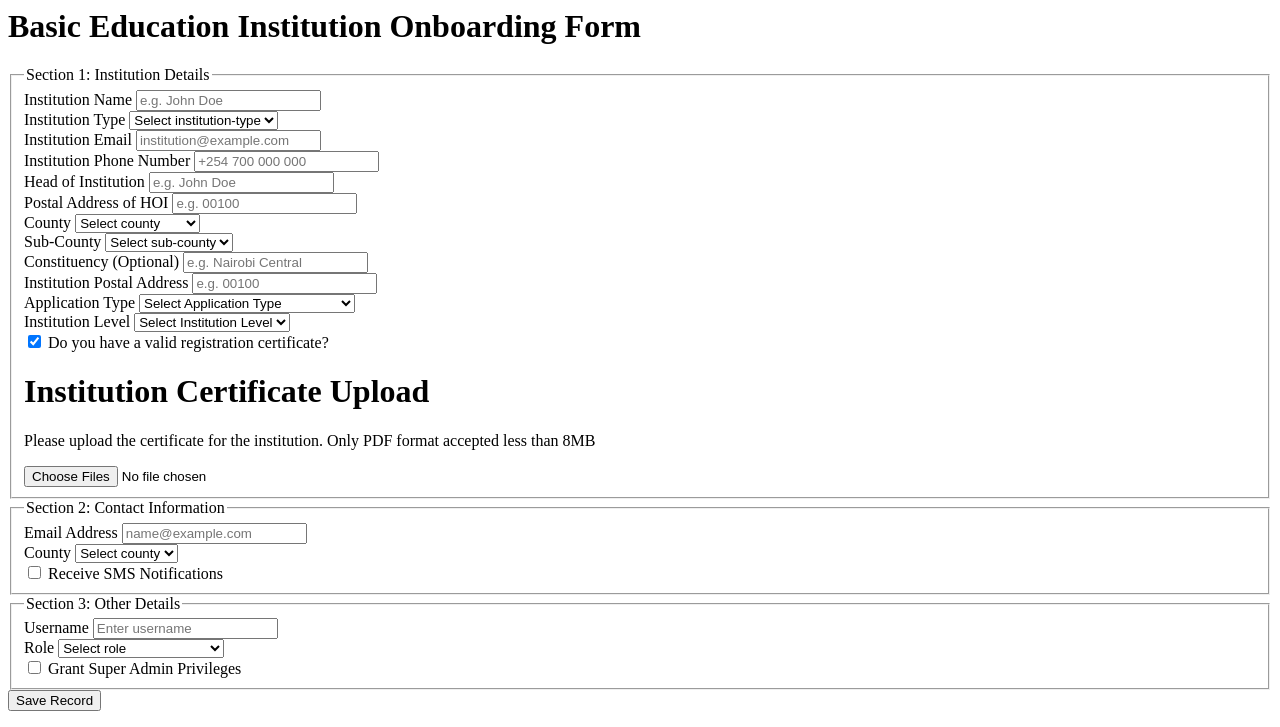
Repository: ndirituart/KEMIS
Page: angular-client/src/app/pages/basic-education/basic-education.html
These files come from the project's save history. The page is drawn as it stood at one moment and after a run of saves; the edit follows.
The browser window is 1280 px wide. The pictures show the whole page.

Above is the page before, as saved 2026-10-20 21:39:50.

### angular-client/src/app/pages/basic-education/basic-education.html
<div class="kemis-form-wrapper">
<form class="kemis-form" (ngSubmit)="onSubmit()" #myForm="ngForm">
<h1 class="text-center mb-4">Basic Education Institution Onboarding Form</h1>
  <!-- ========================================== -->
  <!-- Section 1: Institution Details                -->
  <!-- ========================================== -->
  <fieldset class="mb-4 p-3 border rounded">
    <legend class="float-none w-auto px-2 fs-5 fw-bold text-primary">Section 1: Institution Details</legend>

    <div class="row g-3">
      <!-- Institution Name -->
      <div class="col-md-6">
        <label for="fullName" class="form-label fw-semibold">Institution Name</label>
        <input type="text" class="form-control" id="fullName" name="fullName" placeholder="e.g. John Doe" required>
      </div>

      <!-- Type of School based on Gender -->
      <div class="col-md-6">
        <label for="institution-type" class="form-label fw-semibold">Institution Type</label>
        <select class="form-select" id="institution-type" name="institution-type" required>
          <option value="" disabled selected>Select institution-type</option>
          <option value="Boy's School">Boy's School</option>
          <option value="Girl's School">Girl's School</option>
          <option value="Mixed School">Mixed School</option>
        </select>
      </div>

      <!-- Institution Email -->
      <div class="col-md-6">
        <label for="emailId" class="form-label fw-semibold">Institution Email</label>
        <input type="email" class="form-control" id="emailId" name="emailId" placeholder="institution@example.com" required>
      </div>

      <!-- Institution Phone Number -->
      <div class="col-md-6">
        <label for="phoneNumber" class="form-label fw-semibold">Institution Phone Number</label>
        <input type="tel" class="form-control" id="phoneNumber" name="phoneNumber" placeholder="+254 700 000 000" required>
      </div>

      <!-- Head of Institution -->
      <div class="col-md-6">
        <label for="headOfInstitution" class="form-label fw-semibold">Head of Institution</label>
        <input type="text" class="form-control" id="headOfInstitution" name="headOfInstitution" placeholder="e.g. John Doe" required>
      </div>

      <!-- Postal Address of HOI -->
      <div class="col-md-6">
        <label for="postalAddressHoi" class="form-label fw-semibold">Postal Address of HOI</label>
        <input type="text" class="form-control" id="postalAddressHoi" name="postalAddressHoi" placeholder="e.g. 00100" required>
      </div>

      <!--County List-->
      <div class="col-md-6">
        <label for="county" class="form-label fw-semibold">County</label>
        <select class="form-select" id="county" name="county" required>
          <option value="" disabled selected>Select county</option>
      <option value="baringo">Baringo</option>
      <option value="bomet">Bomet</option>
      <option value="bungoma">Bungoma</option>
      <option value="busia">Busia</option>
      <option value="elgeyo marakwet">Elgeyo Marakwet</option>
      <option value="embu">Embu</option>
      <option value="garissa">Garissa</option>
      <option value="homa bay">Homa Bay</option>
      <option value="isiolo">Isiolo</option>
      <option value="kajiado">Kajiado</option>
      <option value="kakamega">Kakamega</option>
      <option value="kericho">Kericho</option>
      <option value="kiambu">Kiambu</option>
      <option value="kilifi">Kilifi</option>
      <option value="kirinyaga">Kirinyaga</option>
      <option value="kisii">Kisii</option>
      <option value="kisumu">Kisumu</option>
      <option value="kitui">Kitui</option>
      <option value="kwale">Kwale</option>
      <option value="laikipia">Laikipia</option>
      <option value="lamu">Lamu</option>
      <option value="machakos">Machakos</option>
      <option value="makueni">Makueni</option>
      <option value="mandera">Mandera</option>
      <option value="meru">Meru</option>
      <option value="migori">Migori</option>
      <option value="marsabit">Marsabit</option>
      <option value="mombasa">Mombasa</option>
      <option value="muranga">Muranga</option>
      <option value="nairobi">Nairobi</option>
      <option value="nakuru">Nakuru</option>
      <option value="nandi">Nandi</option>
      <option value="narok">Narok</option>
      <option value="nyamira">Nyamira</option>
      <option value="nyandarua">Nyandarua</option>
      <option value="nyeri">Nyeri</option>
      <option value="samburu">Samburu</option>
      <option value="siaya">Siaya</option>
      <option value="taita taveta">Taita Taveta</option>
      <option value="tana river">Tana River</option>
      <option value="tharaka nithi">Tharaka Nithi</option>
      <option value="trans nzoia">Trans Nzoia</option>
      <option value="turkana">Turkana</option>
      <option value="uasin gishu">Uasin Gishu</option>
      <option value="vihiga">Vihiga</option>
      <option value="wajir">Wajir</option>
      <option value="pokot">West Pokot</option>
  </select>
      </div>

      <!--TO-DO: Nestsed array for Sub-County List dependent on county chosen-->
      <div class="col-md-6">
        <label for="subCounty" class="form-label fw-semibold">Sub-County</label>
        <select class="form-select" id="subCounty" name="subCounty" required>
          <option value="" disabled selected>Select sub-county</option>
        </select>
      </div>

      <!--Constituency Name OPTIONAL-->
      <div class="col-md-6">
        <label for="constituency" class="form-label fw-semibold">Constituency (Optional)</label>
        <input type="text" class="form-control" id="constituency" name="constituency" placeholder="e.g. Nairobi Central">
      </div>

      <!--Institution Postal Address-->
      <div class="col-md-6">
        <label for="postalAddressInstitution" class="form-label fw-semibold">Institution Postal Address</label>
        <input type="text" class="form-control" id="postalAddressInstitution" name="postalAddressInstitution" placeholder="e.g. 00100" required>
      </div>

       <!-- Application Type -->
      <div class="col-md-6">
        <label for="application-type" class="form-label fw-semibold">Application Type</label>
        <select class="form-select" id="application-type" name="application-type" required>
          <option value="" disabled selected>Select Application Type</option>
          <option value="Regular School">Regular School</option>
          <option value="Regular School with Special Unit">Regular School with Special Unit</option>
          <option value="Special School">Special School</option>
        </select>
      </div>

       <!-- Institution Level -->
      <div class="col-md-6">
        <label for="institution-level" class="form-label fw-semibold">Institution Level</label>
        <select class="form-select" id="institution-level" name="institution-level" required>
          <option value="" disabled selected>Select Institution Level</option>
          <option value="Pre-Primary">Pre-Primary</option>
          <option value="Primary">Primary</option>
          <option value="Secondary">Secondary</option>
          <option value="High School">High School</option>
        </select>
      </div>

      <!-- Boolean Toggle (Switch) -->
      <div class="col-12 mt-3">
        <div class="form-check form-switch">
          <input class="form-check-input" type="checkbox" role="switch" id="isActive" name="isActive" checked>
          <label class="form-check-label fw-semibold" for="isActive">Do you have a valid registration certificate?</label>
        </div>
      </div>

      <!--Certificate Upload-->
      <div class="upload">
    <h1>Institution Certificate Upload</h1>
    <p class="upload__description">Please upload the certificate for the institution. Only PDF format accepted less than 8MB </p>
    <input class="upload__input" id="certificate_pdf" type="file" multiple />
    <div class="upload__files">
    </div>
  </div>
    </div>
  </fieldset>

  <!-- ========================================== -->
  <!-- SECTION 2: Coordinates            -->
  <!-- ========================================== -->
  <fieldset class="mb-4 p-3 border rounded">
    <legend class="float-none w-auto px-2 fs-5 fw-bold text-primary">Section 2: Contact Information</legend>

    <div class="row g-3">
      <!-- Text Input -->
      <div class="col-md-6">
        <label for="emailId" class="form-label fw-semibold">Email Address</label>
        <input type="emailId" class="form-control" id="emailId" name="emailId" placeholder="name@example.com" required>
      </div>

      <!-- Dropdown -->
      <div class="col-md-6">
        <label for="county" class="form-label fw-semibold">County</label>
        <select class="form-select" id="county" name="county" required>
          <option value="" disabled selected>Select county</option>
          <option value="Nairobi">Nairobi</option>
          <option value="Mombasa">Mombasa</option>
          <option value="Kisumu">Kisumu</option>
        </select>
      </div>

      <!-- Boolean Toggle -->
      <div class="col-12 mt-3">
        <div class="form-check form-switch">
          <input class="form-check-input" type="checkbox" role="switch" id="receiveSms" name="receiveSms">
          <label class="form-check-label fw-semibold" for="receiveSms">Receive SMS Notifications</label>
        </div>
      </div>
    </div>
  </fieldset>

  <!-- ========================================== -->
  <!-- SECTION 3: Other Details                -->
  <!-- ========================================== -->
  <fieldset class="mb-4 p-3 border rounded">
    <legend class="float-none w-auto px-2 fs-5 fw-bold text-primary">Section 3: Other Details</legend>

    <div class="row g-3">
      <!-- Text Input -->
      <div class="col-md-6">
        <label for="username" class="form-label fw-semibold">Username</label>
        <input type="text" class="form-control" id="username" name="username" placeholder="Enter username" required>
      </div>

      <!-- Dropdown -->
      <div class="col-md-6">
        <label for="role" class="form-label fw-semibold">Role</label>
        <select class="form-select" id="role" name="role" required>
          <option value="" disabled selected>Select role</option>
          <option value="Admin">Admin</option>
          <option value="IT Officer">IT Officer</option>
          <option value="Head of Institution (HOI)">Head of Institution (HOI)</option>
        </select>
      </div>

      <!-- Boolean Toggle -->
      <div class="col-12 mt-3">
        <div class="form-check form-switch">
          <input class="form-check-input" type="checkbox" role="switch" id="isSuperAdmin" name="isSuperAdmin">
          <label class="form-check-label fw-semibold" for="isSuperAdmin">Grant Super Admin Privileges</label>
        </div>
      </div>
    </div>
  </fieldset>

  <!-- Submit Button -->
  <div class="d-grid gap-2 mt-4">
    <button type="submit" class="btn btn-primary btn-lg">Save Record</button>
  </div>

</form>
</div>

After the next 4 saves:
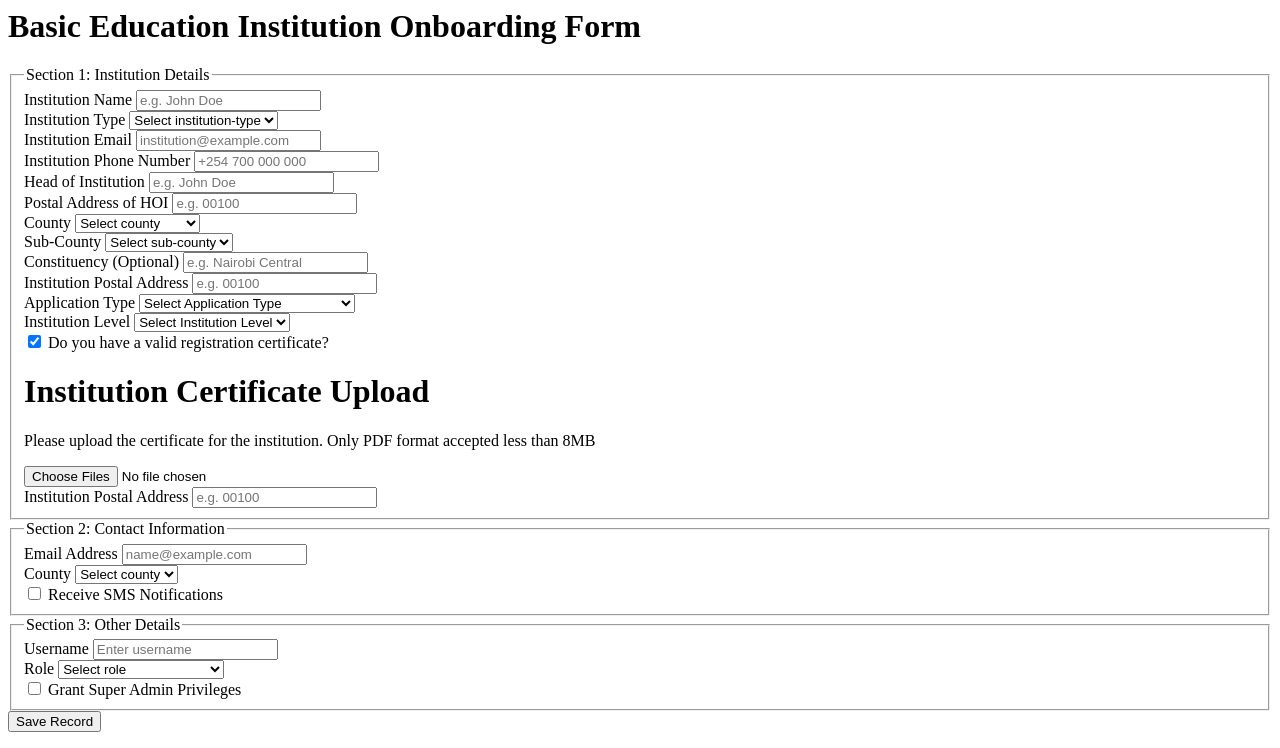
The 4 saves are shown as one change because they came seconds apart.
The last was saved 35 s later.
--- a/angular-client/src/app/pages/basic-education/basic-education.html
+++ b/angular-client/src/app/pages/basic-education/basic-education.html
@@ -157,12 +157,18 @@
 
       <!--Certificate Upload-->
       <div class="upload">
-    <h1>Institution Certificate Upload</h1>
-    <p class="upload__description">Please upload the certificate for the institution. Only PDF format accepted less than 8MB </p>
-    <input class="upload__input" id="certificate_pdf" type="file" multiple />
-    <div class="upload__files">
-    </div>
-  </div>
+        <h1>Institution Certificate Upload</h1>
+        <p class="upload__description">Please upload the certificate for the institution. Only PDF format accepted less than 8MB </p>
+        <input class="upload__input" id="certificate_pdf" type="file" multiple />
+        <div class="upload__files">
+        </div>
+      </div>
+
+      <!--Institution Postal Address-->
+      <div class="col-md-6">
+        <label for="postalAddressInstitution" class="form-label fw-semibold">Institution Postal Address</label>
+        <input type="text" class="form-control" id="postalAddressInstitution" name="postalAddressInstitution" placeholder="e.g. 00100" required>
+      </div>
     </div>
   </fieldset>
 
